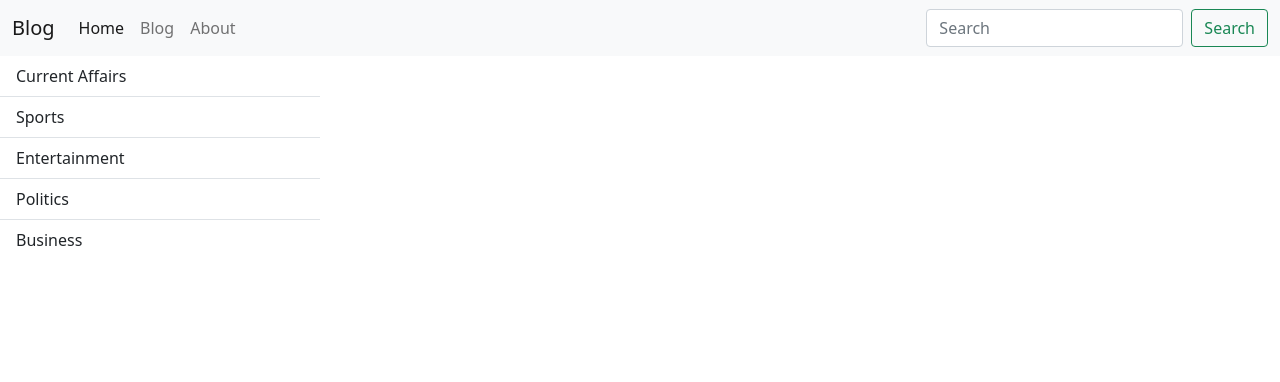
Repository: syni18/bootstrap_blog
Page: index.html
These files come from the project's save history. The page is drawn as it stood at one moment and after a run of saves; the edit follows.
The browser window is 1280 px wide. The pictures show the whole page.

Above is the page before, as saved 2023-10-25 21:07:10.

After the next 5 saves:
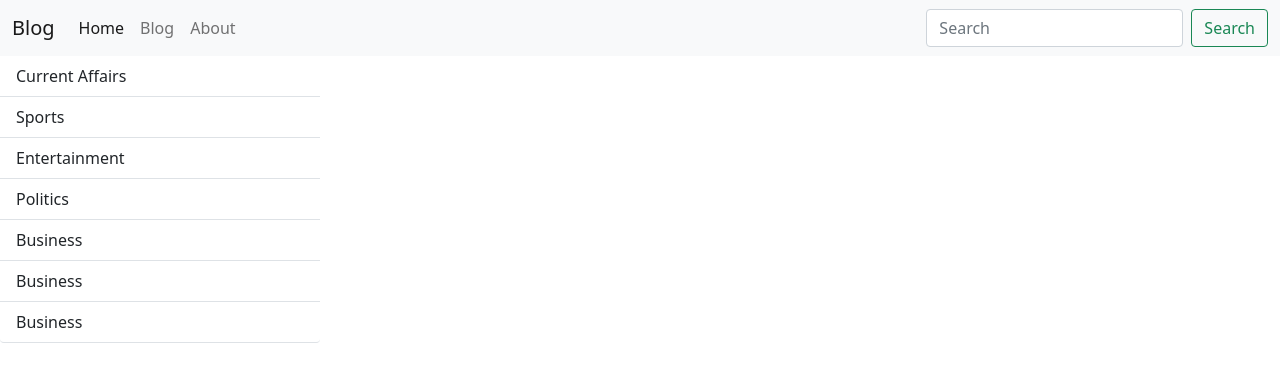
The 5 saves are shown as one change because they came seconds apart.
The last was saved 11 s later.
--- a/index.html
+++ b/index.html
@@ -94,7 +94,9 @@
             <li class="list-group-item border-0 border-bottom">Sports</li>
             <li class="list-group-item border-0 border-bottom">Entertainment</li>
             <li class="list-group-item border-0 border-bottom">Politics</li>
-            <li class="list-group-item border-0">Business</li>
+            <li class="list-group-item border-0 border-bottom">Business</li>
+            <li class="list-group-item border-0 border-bottom">Business</li>
+            <li class="list-group-item border-0 border-bottom">Business</li>
 
           </ul>
         </div>
